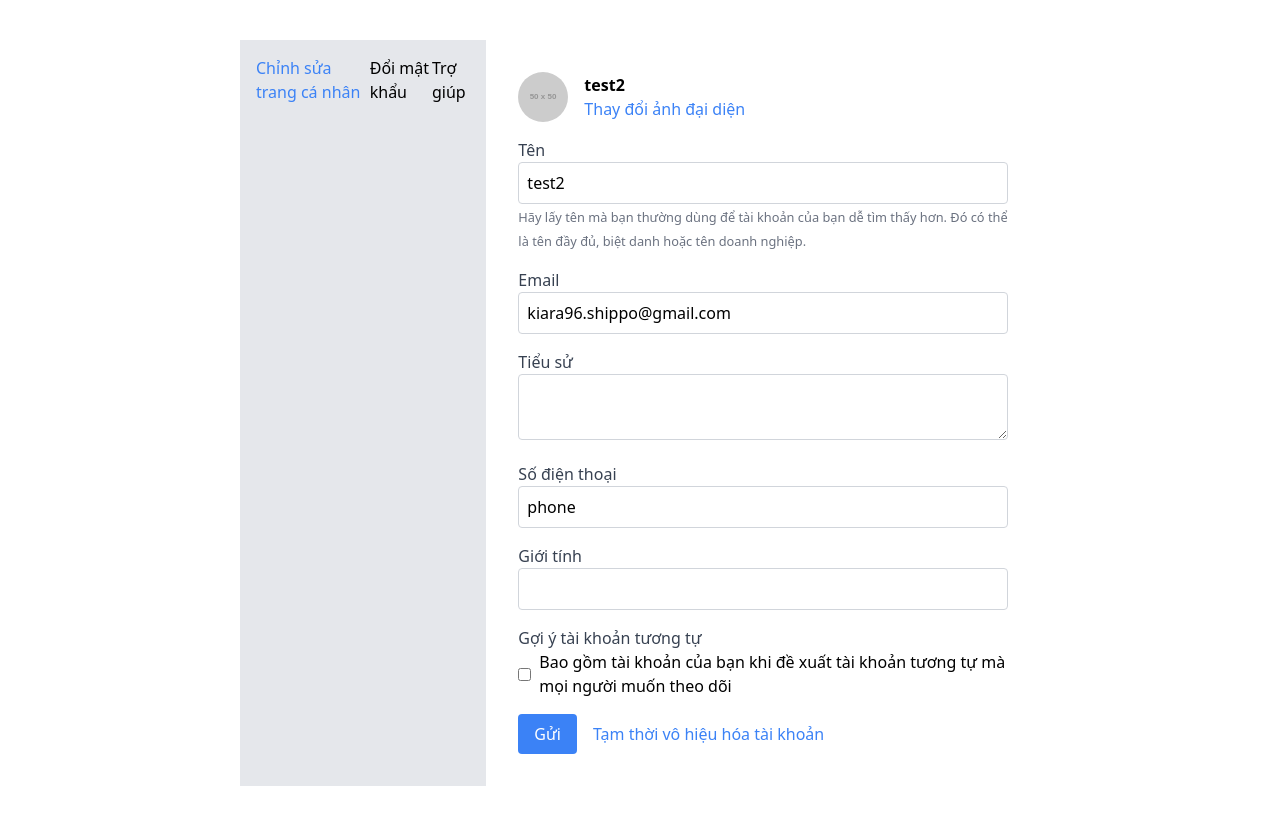
Repository: DangNgocDuong250903/2425_CS445AC_NHOM1
Page: /update_user (app in social_fe/)
These files come from the project's save history. The page is drawn as it stood at one moment and after the next save; the edit follows.
The browser window is 1280 px wide. The pictures show the whole page.
The project was rebuilt for these pictures with package versions that can differ from the ones it lists, and the page was loaded fresh each time. Also part of the build but not shown: social_fe/vite.config.js, social_fe/src/components/Button/index.jsx, social_fe/src/assets/index.js, social_fe/src/components/FriendCard/index.jsx, social_fe/src/components/Loading/index.jsx, social_fe/src/components/PostCard/index.jsx, social_fe/src/components/ProfileCard/index.jsx, social_fe/src/components/TextInput/index.jsx and 8 more.

Above is the page before, as saved 2024-11-05 10:53:10.

### social_fe/index.html
<!DOCTYPE html>
<html lang="en">
  <head>
    <meta charset="UTF-8" />
    <link rel="icon" type="image/svg+xml" href="/public/logo.svg" />
    <meta name="viewport" content="width=device-width, initial-scale=1.0" />
    <title>LinkVerse</title>
  </head>
  <body>
    <div id="root"></div>
    <script type="module" src="/src/main.jsx"></script>
  </body>
</html>

### social_fe/src/main.jsx
import { StrictMode } from "react";
import { createRoot } from "react-dom/client";
import App from "./App.jsx";
import "./index.css";
import { store } from "./redux/store.js";
import { Provider } from "react-redux";
import { BrowserRouter } from "react-router-dom";

createRoot(document.getElementById("root")).render(
  <StrictMode>
    <Provider store={store}>
      <BrowserRouter>
        <App />
      </BrowserRouter>
    </Provider>
  </StrictMode>,
);

### social_fe/src/App.jsx
import { Outlet, Navigate, Route, Routes, useLocation } from "react-router-dom";
import {
  Home,
  Profile,
  Register,
  Login,
  ResetPassword,
  NotFound,
} from "./pages";
import { useSelector } from "react-redux";
import UpdateUser from "./pages/ProfilePage/updateUser";

const Layout = () => {
  const { user } = useSelector((state) => state.user);
  const location = useLocation();

  return user?.token ? (
    <Outlet />
  ) : (
    <Navigate to="/login" state={{ from: location }} replace />
  );
};

function App() {
  const { theme } = useSelector((state) => state.theme);

  return (
    <div data-theme={theme} className="w-full min-h-[100vh]">
      <Routes>
        <Route element={<Layout />}>
          <Route path="/" element={<Home />} />
          <Route path="/profile" element={<Profile />} />
          <Route path="/update_user" element={<UpdateUser />} />


        </Route>

        <Route path="/register" element={<Register />} />
        <Route path="/login" element={<Login />} />
        <Route path="/reset-password" element={<ResetPassword />} />
        <Route path="*" element={<NotFound />} />
      </Routes>
    </div >
  );
}

export default App;

### social_fe/src/index.css
@tailwind base;
@tailwind components;
@tailwind utilities;

::-webkit-scrollbar {
    display: none;
     -ms-overflow-style: none;  /* IE and Edge */
    scrollbar-width: none;
  }

  .topbar{
  position: sticky;
  top: 0px;
  z-index: 49;
  }


  .dots-container {
    display: flex;
    align-items: center;
    justify-content: center;
    height: 100%;
    width: 100%;
    margin-bottom: 5px;
  }

  .dot {
    height: 12px;
    width: 12px;
    margin-right: 10px;
    border-radius: 10px;
    background-color: #fff;
    animation: pulse 1.5s infinite ease-in-out;
  }

  .dot:last-child {
    margin-right: 0;
  }

  .dot:nth-child(1) {
    animation-delay: -0.3s;
  }

  .dot:nth-child(2) {
    animation-delay: -0.1s;
  }

  .dot:nth-child(3) {
    animation-delay: 0.1s;
  }

  @keyframes pulse {
    0% {
      transform: scale(0.8);
      background-color: #b3d4fc;
      box-shadow: 0 0 0 0 rgba(178, 212, 252, 0.7);
    }

    50% {
      transform: scale(1.2);
      background-color: #4b79e4;
      box-shadow: 0 0 0 10px rgba(178, 212, 252, 0);
    }

    100% {
      transform: scale(0.8);
      background-color: #2584f8;
      box-shadow: 0 0 0 0 rgba(178, 212, 252, 0.7);
    }
  }

  @layer base {
    :root {
      --color-bg: 227 227 227;
      --color-primary: 255 255 255;
      --color-secondary:255 255 255;
      --color-ascent1: 0 0 0;
      --color-ascent2: 89 91 100;
      --color-blue: 6 90 216;
      --color-white: 255 255 255;

    }
    /* //15 23 42  21 30 49*/
    [data-theme="dark"] {
       --color-bg: 12 12 12;
       --color-primary: 31 31 31;
      --color-secondary: 47 45 48;
      --color-ascent1: 255 255 255;
      --color-ascent2: 164 161 162;
      --color-blue: 6 90 216;
      /* //16 176 255; */
      --color-white: 255 255 255;
    }
  }

### social_fe/src/redux/store.js
import { configureStore } from "@reduxjs/toolkit";

import { rootReducer } from "./reducer";

const store = configureStore({
  reducer: rootReducer,
});

const { dispatch } = store;

export { store, dispatch };

### social_fe/src/pages/index.js
import Home from "./HomePage";
import Login from "./LoginPage";
import NotFound from "./NotFoundPage";
import Profile from "./ProfilePage";
import Register from "./RegisterPage";
import ResetPassword from "./ResetPasswordPage";

export { Home, Login, NotFound, Profile, Register, ResetPassword };

### social_fe/src/pages/ProfilePage/updateUser.jsx
import React from 'react';
import { Link } from 'react-router-dom';

const UpdateUser = () => {
    return (
        <div className="flex w-[800px] mx-auto pt-10 pb-10">
            <div className="w-1/3 p-4 bg-gray-200">
                <ul className='flex fle'>
                    <Link className="mb-4"><a href="#" className="text-blue-500">Chỉnh sửa trang cá nhân</a></Link>
                    <Link className="mb-4"><a href="#">Đổi mật khẩu</a></Link>
                    <Link className="mb-4"><a href="#">Trợ giúp</a></Link>
                </ul>
            </div>
            <div className="w-3/4 p-8">
                <div className="flex items-center mb-4">
                    <img src="https://placehold.co/50x50" alt="User avatar" className="mr-4 rounded-full" />
                    <div>
                        <div className="font-bold">test2</div>
                        <a href="#" className="text-blue-500">Thay đổi ảnh đại diện</a>
                    </div>
                </div>
                <form>
                    <div className="mb-4">
                        <label className="block text-gray-700">Tên</label>
                        <input type="text" value="test2" className="w-full p-2 border border-gray-300 rounded" />
                        <small className="text-gray-500">Hãy lấy tên mà bạn thường dùng để tài khoản của bạn dễ tìm thấy hơn. Đó có thể là tên đầy đủ, biệt danh hoặc tên doanh nghiệp.</small>
                    </div>
                    <div className="mb-4">
                        <label className="block text-gray-700">Email</label>
                        <input type="email" value="kiara96.shippo@gmail.com" className="w-full p-2 border border-gray-300 rounded" />
                    </div>
                    <div className="mb-4">
                        <label className="block text-gray-700">Tiểu sử</label>
                        <textarea className="w-full p-2 border border-gray-300 rounded"></textarea>
                    </div>
                    <div className="mb-4">
                        <label className="block text-gray-700">Số điện thoại</label>
                        <input type="text" value="phone" className="w-full p-2 border border-gray-300 rounded" />
                    </div>
                    <div className="mb-4">
                        <label className="block text-gray-700">Giới tính</label>
                        <input type="text" className="w-full p-2 border border-gray-300 rounded" />
                    </div>
                    <div className="mb-4">
                        <label className="block text-gray-700">Gợi ý tài khoản tương tự</label>
                        <div className="flex items-center">
                            <input type="checkbox" className="mr-2" />
                            <span>Bao gồm tài khoản của bạn khi đề xuất tài khoản tương tự mà mọi người muốn theo dõi</span>
                        </div>
                    </div>
                    <div className="flex items-center">
                        <button type="submit" className="px-4 py-2 mr-4 text-white bg-blue-500 rounded">Gửi</button>
                        <button type="button" className="text-blue-500">Tạm thời vô hiệu hóa tài khoản</button>
                    </div>
                </form>
            </div>
        </div>
    );
};

export default UpdateUser;

### social_fe/src/redux/reducer.js
import { combineReducers } from "@reduxjs/toolkit";

import postSlice from "./Slices/postSlice";
import themeSlice from "./Slices/theme";
import userSlice from "./Slices/userSlice";

const rootReducer = combineReducers({
  user: userSlice,
  theme: themeSlice,
  posts: postSlice,
});

export { rootReducer };

### social_fe/src/redux/Slices/postSlice.js
import { createSlice } from "@reduxjs/toolkit";

const initialState = {
  posts: {},
};

const postSlice = createSlice({
  name: "post",
  initialState,
  reducers: {
    getPosts(state, action) {
      state.posts = action.payload;
    },
  },
});

export default postSlice.reducer;

export function SetPosts(post) {
  return (dispatch) => {
    dispatch(postSlice.actions.getPosts(post));
  };
}

### social_fe/src/redux/Slices/theme.js
import { createSlice } from "@reduxjs/toolkit";

const initialState = {
  theme: JSON.parse(window?.localStorage.getItem("theme")) ?? "dark",
};

const themeSlice = createSlice({
  name: "theme",
  initialState,
  reducers: {
    setTheme(state, action) {
      state.theme = action.payload;
      localStorage.setItem("theme", JSON.stringify(action.payload));
    },
  },
});

export default themeSlice.reducer;

export function SetTheme(value) {
  return (dispatch) => {
    dispatch(themeSlice.actions.setTheme(value));
  };
}

### social_fe/src/redux/Slices/userSlice.js
import { createSlice } from "@reduxjs/toolkit";

import { user } from "../../assets/data";

const initialState = {
  user: JSON.parse(window?.localStorage.getItem("user")) ?? user,
  edit: false,
};

const userSlice = createSlice({
  name: "user",
  initialState,
  reducers: {
    login(state, action) {
      state.user = action.payload;
      localStorage.setItem("user", JSON.stringify(action.payload));
    },
    logout(state) {
      state.user = null;
      localStorage?.removeItem("user");
    },
    updateProfile(state, action) {
      state.edit = action.payload;
    },
  },
});
export default userSlice.reducer;

export function UserLogin(user) {
  return (dispatch) => {
    dispatch(userSlice.actions.login(user));
  };
}

export function Logout() {
  return (dispatch) => {
    dispatch(userSlice.actions.logout());
  };
}

export function UpdateProfile(val) {
  return (dispatch) => {
    dispatch(userSlice.actions.updateProfile(val));
  };
}

### social_fe/tailwind.config.js
/** @type {import('tailwindcss').Config} */
export default {
  content: [
    "./index.html",
    "./src/**/*.{js,ts,jsx,tsx}",
  ],
  theme: {
    extend: {
      colors: {
        bgColor: "rgb(var(--color-bg) / <alpha-value>)",
        primary: "rgb(var(--color-primary) / <alpha-value>)",
        secondary: "rgb(var(--color-secondary) / <alpha-value>)",
        customBlue: "rgb(var(--color-blue) / <alpha-value>)",
        white: "rgb(var(--color-white) / <alpha-value>)",
        ascent: {
          1: "rgb(var(--color-ascent1) / <alpha-value>)",
          2: "rgb(var(--color-ascent2) / <alpha-value>)",
        },
      },
      screens: {
        sm: "640px",

        md: "768px",

        lg: "1024px",

        xl: "1280px",

        "2xl": "1536px",
      },
      extend: {
      },
    },
    plugins: [],
  }
}

Loaded but not shown: social_fe/src/assets/data.js (508 lines, source omitted)

After the next save:
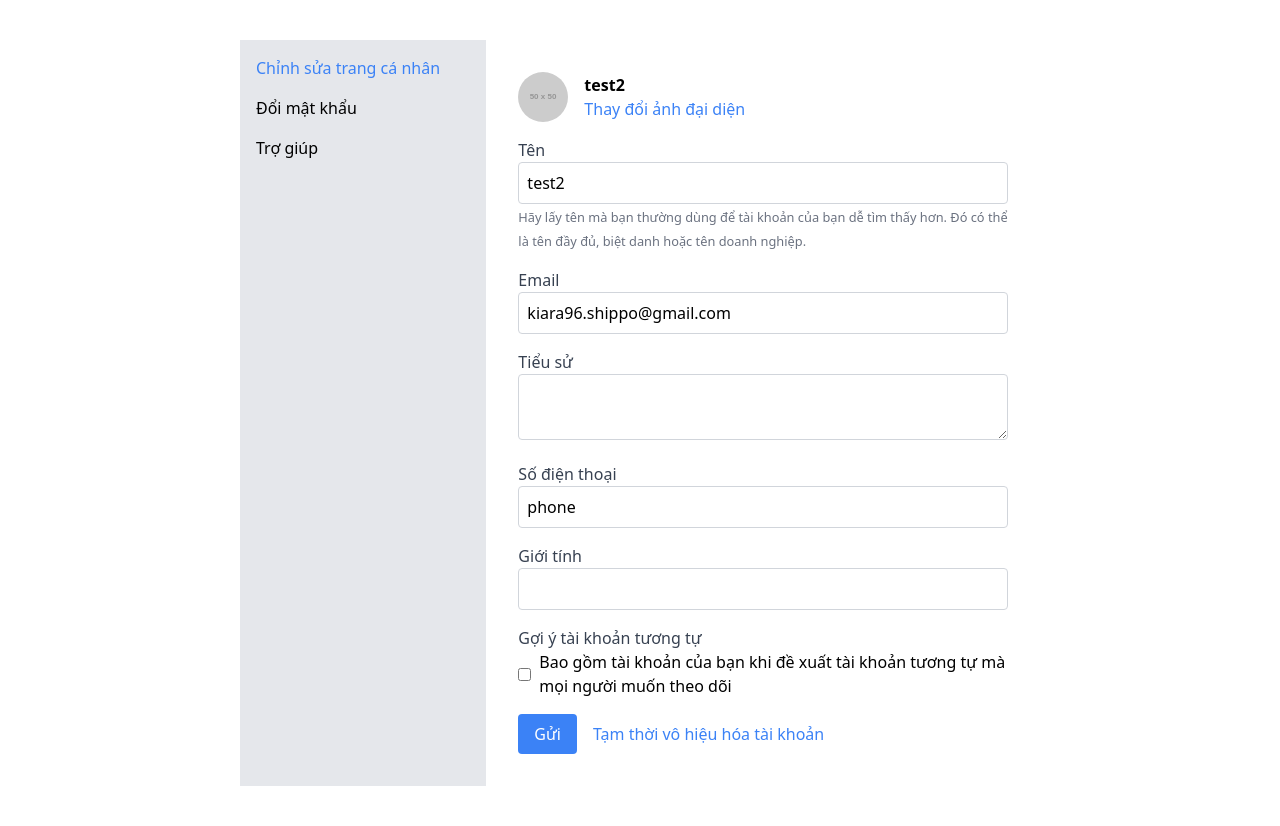
Saved 5 s later.
--- a/social_fe/src/pages/ProfilePage/updateUser.jsx
+++ b/social_fe/src/pages/ProfilePage/updateUser.jsx
@@ -5,7 +5,7 @@ const UpdateUser = () => {
     return (
         <div className="flex w-[800px] mx-auto pt-10 pb-10">
             <div className="w-1/3 p-4 bg-gray-200">
-                <ul className='flex fle'>
+                <ul className='flex flex-col'>
                     <Link className="mb-4"><a href="#" className="text-blue-500">Chỉnh sửa trang cá nhân</a></Link>
                     <Link className="mb-4"><a href="#">Đổi mật khẩu</a></Link>
                     <Link className="mb-4"><a href="#">Trợ giúp</a></Link>
